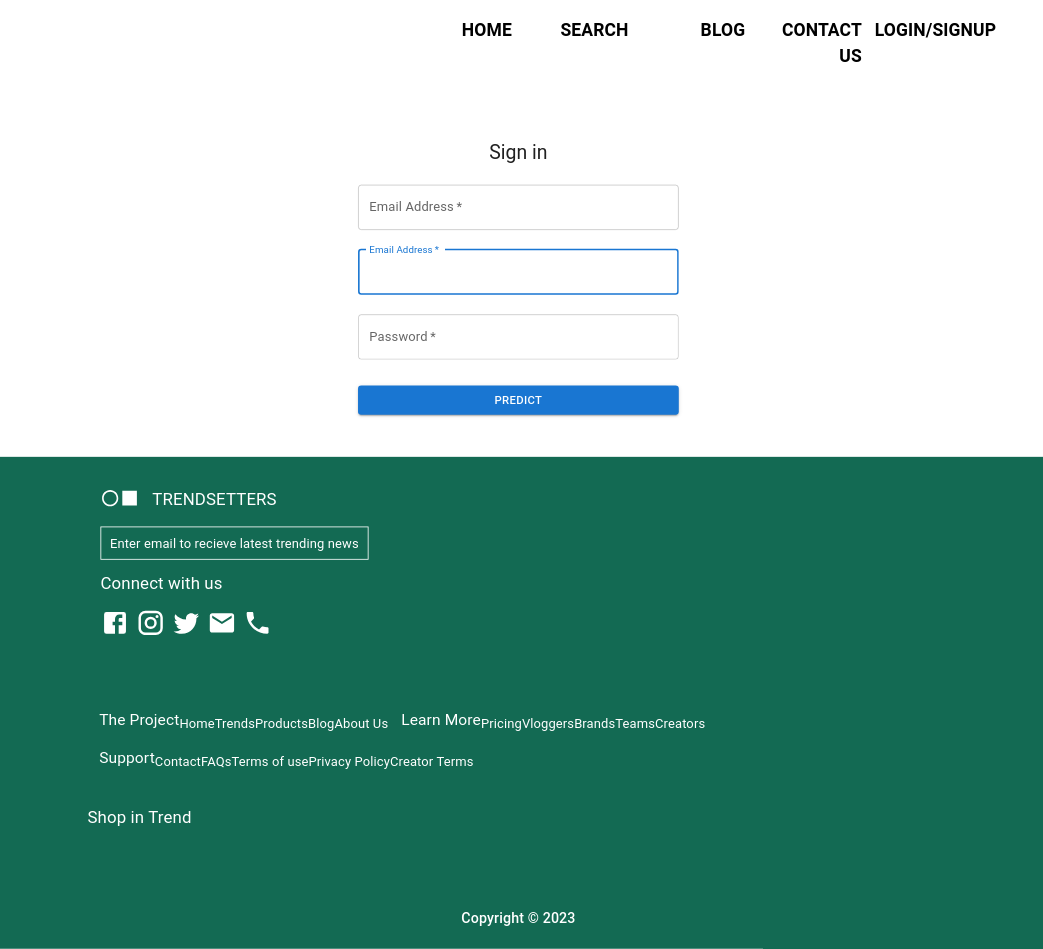
Repository: PRACHIP09/TRINIT_PICO-ZEN_DEV03
Page: /submitform
An editor plug-in stored every save of this project. The page is shown before and after the next save, followed by the edit.
The browser window is 1280 px wide. The page is 1288 px wide, so the pictures cover 1288 px, including what lies to the right of the window. The pictures show the whole page, at 81% of full size.
Pictures or frames that could not be fetched are drawn as grey boxes. Some web fonts or font styles are not loaded; a fallback is used. The project was rebuilt for these pictures with package versions that can differ from the ones it lists, and the page was loaded fresh each time. Some packages were replaced by stand-ins written for this rebuild. Also part of the build but not shown: src/App.css, src/Pages/Login.jsx, src/Pages/HomePage.jsx, src/Pages/Signup.jsx, src/Pages/Contact.jsx, src/Components/ChatBot/Chatbot.jsx, src/Components/ChatBot/Footer.jsx, src/Components/Farmernavbar/Mobilenavbar.jsx and 29 more.

Above is the page before, as saved 2023-02-11 19:29:52.

After the next save:
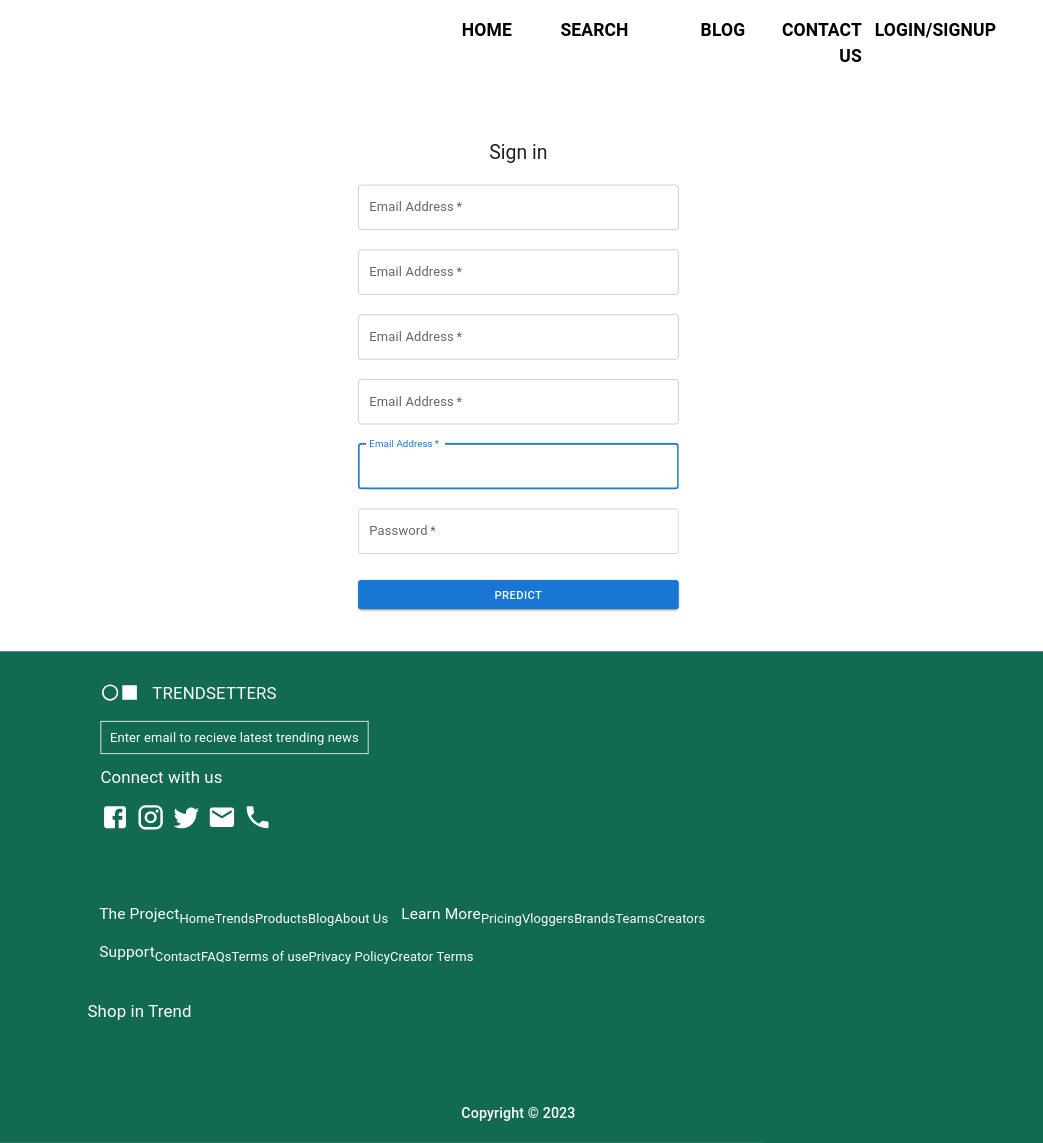
Saved 8 s later.
--- a/src/Pages/Farmers/SubmitForm.jsx
+++ b/src/Pages/Farmers/SubmitForm.jsx
@@ -67,6 +67,36 @@ export default function SignIn() {
               margin="normal"
               required
               fullWidth
+              id="email"
+              label="Email Address"
+              name="email"
+              autoComplete="email"
+              autoFocus
+            />
+            <TextField
+              margin="normal"
+              required
+              fullWidth
+              id="email"
+              label="Email Address"
+              name="email"
+              autoComplete="email"
+              autoFocus
+            />
+            <TextField
+              margin="normal"
+              required
+              fullWidth
+              id="email"
+              label="Email Address"
+              name="email"
+              autoComplete="email"
+              autoFocus
+            />
+            <TextField
+              margin="normal"
+              required
+              fullWidth
               name="password"
               label="Password"
               type="password"
